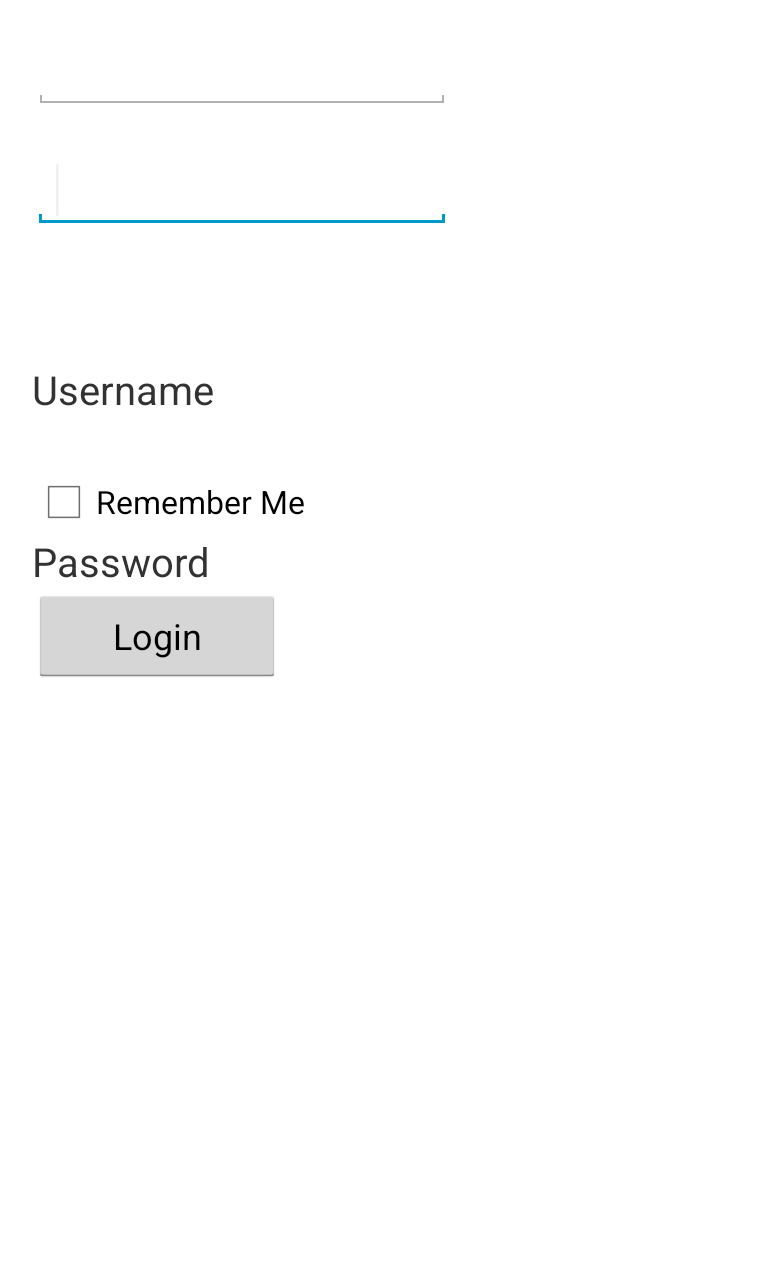
Repository: emeryduh/AndroidProject
Layout: client/TeamJonesProject/res/layout/activity_login.xml
The author's editor kept a copy of each file at every save. The layout is drawn from the files as they stood at one save, then again after the next save.
It is drawn on a 768 x 1280 px phone screen (xhdpi) without system bars, with theme AppTheme; the app's code is not run.

Above is the layout before, as saved 2014-10-01 01:16:29.

After the next save:
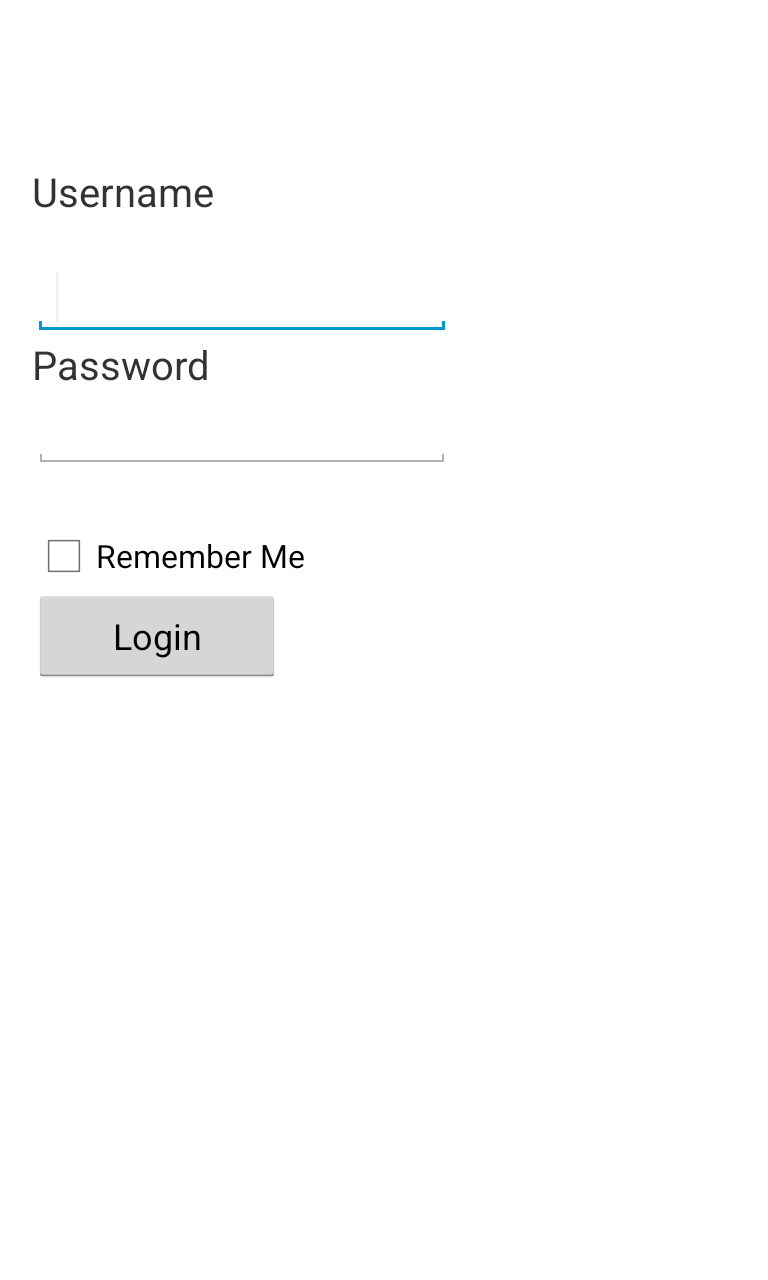
Saved 50 s later.
--- a/client/TeamJonesProject/res/layout/activity_login.xml
+++ b/client/TeamJonesProject/res/layout/activity_login.xml
@@ -25,15 +25,15 @@
         android:layout_below="@+id/linearLayout_header"
         android:orientation="vertical" >
 
-        <EditText
-            android:id="@+id/password_field"
+        <TextView
+            android:id="@+id/username_text"
             android:layout_width="wrap_content"
             android:layout_height="wrap_content"
-            android:layout_alignParentRight="true"
-            android:layout_centerVertical="true"
-            android:layout_marginRight="32dp"
-            android:ems="10"
-            android:inputType="textPassword" />
+            android:layout_alignLeft="@+id/password_text"
+            android:layout_alignParentTop="true"
+            android:layout_marginTop="66dp"
+            android:text="@string/username_text"
+            android:textSize="20sp" />
 
         <EditText
             android:id="@+id/username_field"
@@ -49,14 +49,23 @@
         </EditText>
 
         <TextView
-            android:id="@+id/username_text"
+            android:id="@+id/password_text"
             android:layout_width="wrap_content"
             android:layout_height="wrap_content"
-            android:layout_alignLeft="@+id/password_text"
-            android:layout_alignParentTop="true"
-            android:layout_marginTop="66dp"
-            android:text="@string/username_text"
+            android:layout_above="@+id/password_field"
+            android:layout_centerHorizontal="true"
+            android:text="@string/password_text"
             android:textSize="20sp" />
+
+        <EditText
+            android:id="@+id/password_field"
+            android:layout_width="wrap_content"
+            android:layout_height="wrap_content"
+            android:layout_alignParentRight="true"
+            android:layout_centerVertical="true"
+            android:layout_marginRight="32dp"
+            android:ems="10"
+            android:inputType="textPassword" />
 
         <CheckBox
             android:id="@+id/rememberMeCheckBox"
@@ -66,15 +75,6 @@
             android:layout_below="@+id/password_field"
             android:layout_marginTop="27dp"
             android:text="@string/rememberMe_text" />
-
-        <TextView
-            android:id="@+id/password_text"
-            android:layout_width="wrap_content"
-            android:layout_height="wrap_content"
-            android:layout_above="@+id/password_field"
-            android:layout_centerHorizontal="true"
-            android:text="@string/password_text"
-            android:textSize="20sp" />
 
         <Button
             android:id="@+id/loginButton"
